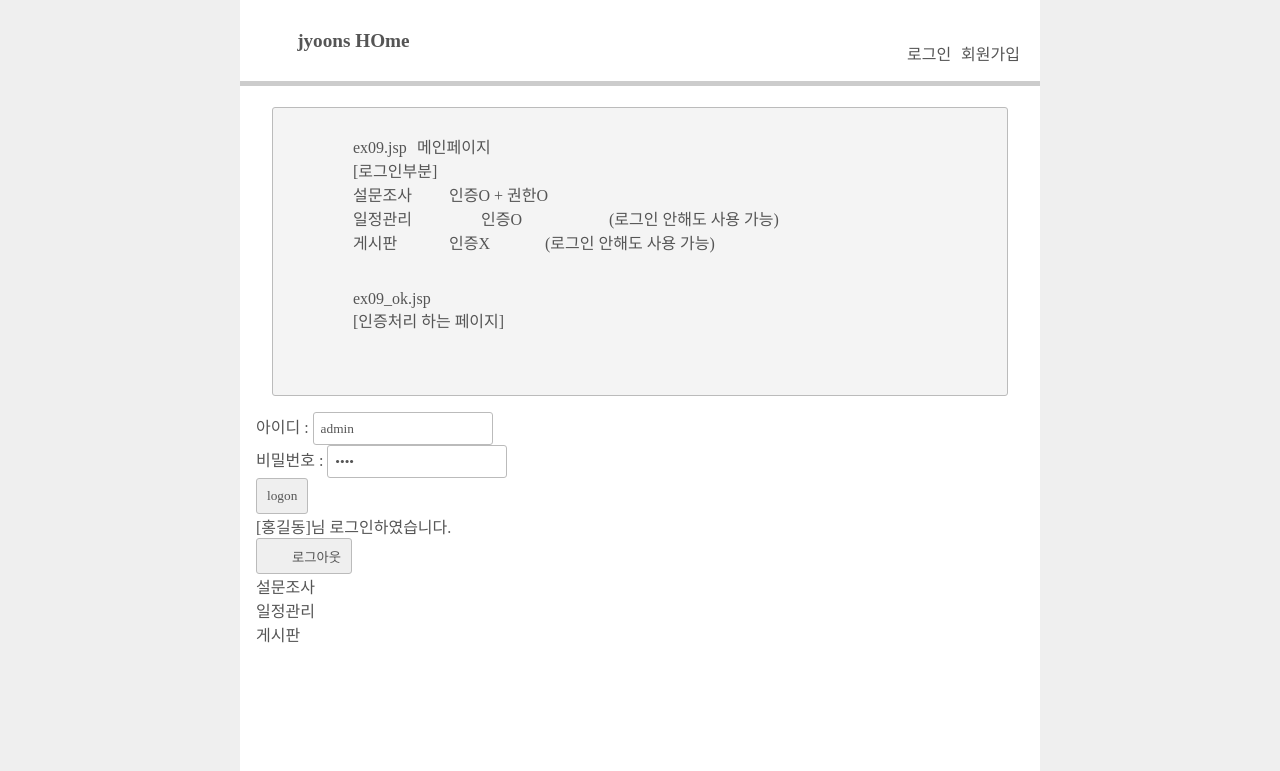
Repository: jyoons00/JSP-sample
Page: http://localhost/jspPro/days03/ex09.jsp
These files come from the project's save history. The page is drawn as it stood at one moment and after a run of saves; the edit follows.
The browser window is 1280 px wide. The pictures show the whole page.
Some web fonts or font styles are not loaded; a fallback is used. The page is served by Tomcat 9. Other server files are loaded and not shown.

Above is the page before, as saved 2024-10-17 07:26:20.

### jspPro/src/main/webapp/days03/ex09.jsp
<%@ page contentType="text/html; charset=UTF-8" pageEncoding="UTF-8"%>
<!DOCTYPE html>
<html>
  <head>
    <meta charset="UTF-8" />
    <title>Insert title here</title>
    <link
      rel="shortcut icon"
      type="image/x-icon"
      href="http://localhost/jspPro/images/SiSt.ico"
    />
    <script src="https://ajax.googleapis.com/ajax/libs/jquery/3.7.1/jquery.min.js"></script>
    <meta name="viewport" content="width=device-width, initial-scale=1.0" />
    <link
      rel="stylesheet"
      href="http://localhost/jspPro/resources/cdn-main/example.css"
    />
    <script src="http://localhost/jspPro/resources/cdn-main/example.js"></script>
    <style>
      span.material-symbols-outlined {
        vertical-align: text-bottom;
      }
    </style>
  </head>
  <body>
    <header>
      <h1 class="main">
        <a href="#" style="position: absolute; top: 30px">jyoons HOme</a>
      </h1>
      <ul>
        <li><a href="#">로그인</a></li>
        <li><a href="#">회원가입</a></li>
      </ul>
    </header>
    <div>
      <xmp class="code">
   		ex09.jsp	메인페이지
   		[로그인부분]
   		설문조사		인증O + 권한O
   		일정관리 		인증O			(로그인 안해도 사용 가능)
   		게시판 		인증X		(로그인 안해도 사용 가능)


   		ex09_ok.jsp
   		[인증처리 하는 페이지]


  	  </xmp>

		 <div id="logon">
		     <form action="ex09_ok.jsp" method="get">
		      아이디 : <input type="text"  name="id"  value="admin"><br>
		      비밀번호 : <input type="password"  name="passwd"  value="1234"><br>
		      <input type="submit"  value="logon">
		     </form>
		  </div>



    <div id="logout">
    	[홍길동]님 로그인하였습니다.<br>
    	<button>로그아웃</button>
    </div>

    <a href="#">설문조사</a><br>
    <a href="#">일정관리</a><br>

    <a href="#">게시판</a><br>

  </body>

  </div>

</html>

### jspPro/src/main/webapp/resources/cdn-main/example.css
@charset "UTF-8";

@import url('https://fonts.googleapis.com/css2?family=Material+Symbols+Outlined:opsz,wght,FILL,GRAD@20..48,100..700,0..1,-50..200');

@font-face {
    font-family: 'GmarketSansMedium';
    src: url('https://cdn.jsdelivr.net/gh/projectnoonnu/noonfonts_2001@1.1/GmarketSansMedium.woff') format('woff');
    font-weight: normal;
    font-style: normal;
}

:root {
	--text-color: #555;
	--sub-text-color: #777;
	--back-color: #EFEFEF;
	--header-color: #444;
	--primary-color: #DEDEDE;
	--secondary-color: #EFEFEF;
	--default-width: 800px;
	--narrow-width: 500px;
	--wide-width: 1200px;
	--text-font: 'GmarketSansMedium';
	--icon-font: 'Material Symbols Outlined';
	--border-color: #CCC;
}

html, body {
	margin: 0;
	padding: 0;
}

html {
	background-color: var(--back-color);
	display: flex;
	justify-content: center;
	min-height: 100vh;
}

body, body.default {
	width: var(--default-width);
	background-color: white;
	padding-bottom: 120px;
}

body.wide {
	width: var(--wide-width);
}

body.narrow {
	width: var(--narrow-width);
}



body, p, div, span, a, input, select, option, textarea, button, table, th, td, label, fieldset, legend {
	font-family: var(--text-font);
	color: var(--text-color);
}

h1, h2, h3 {
	font-family: var(--text-font);
	color: var(--header-color);
	padding: 0 1rem;
	padding-top: .5rem;
}

div > h1, div > h2, div > h3 {
	padding: 0;
}

body > div, body > main > div {
	padding: 0.3rem 1rem;
}


h1 { font-size: 2rem; border-bottom: 1px solid var(--border-color); }
h1 small { font-size: 1.2rem; color: var(--sub-text-color); }
h2 { font-size: 1.5rem; border-bottom: 1px dashed var(--border-color); }
h2 small { font-size: 1.1rem; color: --sub-text-color; }
h3 { font-size: 1.2rem; }
h3 small { font-size: 1rem; color: --sub-text-color; }



h1.main::before {
	font-family: var(--icon-font);
  	content: '\e666';
  	margin-right: 10px;
  	float: left;
	font-size: 2.5rem;
}

h1.sub::before {
	font-family: var(--icon-font);
  	content: '\ea19';
  	margin-right: 10px;
  	float: left;
	font-size: 2.5rem;
}


h1.page::before {
	font-family: var(--icon-font);
  	content: '\e0e0';
  	margin-right: 10px;
  	float: left;
	font-size: 2.5rem;
}

body > header > ul > li > .active{
	background-color: #FFF;
	color:#F00;
}

body > header {
	display: flex;
	justify-content: space-between;
	border-bottom: 5px solid var(--border-color);
	min-height: 74px;
	background-color: #FFF;
}

body > header.sticky {
	position: sticky;
	top: 0;
	z-index: 98;
}

body > header > h1 {
	font-size: 1.2rem;
	border: 0;
}

body > header.in > h1::before {
	font-family: var(--icon-font);
  	content: '\e332‥';
  	margin-right: 3px;
  	float: left;
	font-size: 2rem;
}


body > header > ul {
	list-style-type: none;
	display: flex;
	align-items: flex-end;
	margin-right: 10px;
}

body > header > ul > li {
	margin-right: 10px;
	cursor: pointer;
}

body > header > ul > li > a {
	cursor: pointer;
}


form {
	display: block;
}

form > div {
	padding: 0.3rem 1rem;
}

div > form > div {
	padding: 0.3rem 0;
}

input, textarea, button, select {
	border: 1px solid #BBB;
	border-radius: 3px;
	outline: none;
	resize: none;
	padding: 7px;
	margin: 0;
}

input[type=text]:read-only, textarea:read-only {
	cursor: not-allowed;
	background-color: #FFF;
}

input[type=text]:disabled, textarea:disabled {
	cursor: not-allowed;
	background-color: #EEE;
}

input[type=text], input[type=password], textarea, button, select {
	/* width: 300px; */
}

textarea {
	display: block;
	height: 100px;
}

input[type=button], input[type=submit], button {
	/* width: inherit; */
}

input.short, textarea.short, button.short, select.short {
	width: 100px;
}

input.long, textarea.long, button.long, select.long {
	width: 350px;
}

.narrow input.long, .narrow textarea.long, .narrow button.long, .narrow select.long {
	width: calc(100% - 20px);
}

input.full, textarea.full, button.full, select.full {
	width: calc(100% - 20px);
}

textarea.short {
	height: 50px;
}

textarea.long {
	height: 100px;
}

textarea.full {
	height: 200px;
}

input, textarea {
	padding-top: 8px;
}

input[type=button], input[type=submit], button {
	padding: 5px 10px;
	background-color: var(--secondary-color);
	cursor: pointer;
	min-height: 36px;
}

input[type=button].primary, input[type=submit].primary, button.primary {
	/* background-color: rgba(100, 149, 237, .2); */
	background-color: var(--primary-color);
}

input[type=button].primary:hover, input[type=submit].primary:hover, button.primary:hover {
	/* background-color: rgba(100, 149, 237, .3); */
	background-color: var(--secondary-color);
}

input[type=button]:hover, input[type=submit]:hover, button:hover {
	background-color: var(--primary-color);
}

button {
	position: relative;
	left: 0;
	top: 0;
	padding-left: 35px;
}

button .material-symbols-outlined {
	position: absolute;
	left: 10px;
	top: 4px;
}

/* k2nik add */
button.login::before {
	font-family: var(--icon-font);
  	content: '\ea77';
	position: absolute;
	left: 11px;
	top: 4px;
	font-size: 1.25rem;
}

/* k2nik logout */
button.logout::before {
	font-family: var(--icon-font);
  	content: '\e9ba';
	position: absolute;
	left: 11px;
	top: 4px;
	font-size: 1.25rem;
}

/* k2nik help */
button.help::before {
	font-family: var(--icon-font);
  	content: '\f1c0';
	position: absolute;
	left: 11px;
	top: 4px;
	font-size: 1.25rem;
}

button.add::before{
	font-family: var(--icon-font);
  	content: '\e746';
	position: absolute;
	left: 11px;
	top: 4px;
	font-size: 1.25rem;
}

button.back::before {
	font-family: var(--icon-font);
  	content: '\e166';
	position: absolute;
	left: 11px;
	top: 4px;
	font-size: 1.25rem;
}

button.list::before {
	font-family: var(--icon-font);
  	content: '\e0ee';
	position: absolute;
	left: 11px;
	top: 4px;
	font-size: 1.25rem;
}


button.del::before {
	font-family: var(--icon-font);
  	content: '\e872';
	position: absolute;
	left: 11px;
	top: 4px;
	font-size: 1.25rem;
}


button.edit::before {
	font-family: var(--icon-font);
  	content: '\e745';
	position: absolute;
	left: 11px;
	top: 4px;
	font-size: 1.25rem;
}


button.login::before {
	font-family: var(--icon-font);
  	content: '\ea77';
	position: absolute;
	left: 11px;
	top: 4px;
	font-size: 1.25rem;
}


button.logout::before {
	font-family: var(--icon-font);
  	content: '\e9ba';
	position: absolute;
	left: 11px;
	top: 4px;
	font-size: 1.25rem;
}


button.in::before {
	font-family: var(--icon-font);
  	content: '\f71a';
	position: absolute;
	left: 11px;
	top: 4px;
	font-size: 1.25rem;
}


button.out::before {
	font-family: var(--icon-font);
  	content: '\f70e';
	position: absolute;
	left: 11px;
	top: 4px;
	font-size: 1.25rem;
}


button.reply::before {
	font-family: var(--icon-font);
  	content: '\e15e';
	position: absolute;
	left: 11px;
	top: 4px;
	font-size: 1.25rem;
}


button.comment::before {
	font-family: var(--icon-font);
  	content: '\e0b9';
	position: absolute;
	left: 11px;
	top: 4px;
	font-size: 1.25rem;
}


button.modal::before {
	font-family: var(--icon-font);
  	content: '\e89e';
	position: absolute;
	left: 11px;
	top: 4px;
	font-size: 1.25rem;
}


button.ok::before {
	font-family: var(--icon-font);
  	content: '\e86c';
	position: absolute;
	left: 11px;
	top: 4px;
	font-size: 1.25rem;
}


button.cancel::before {
	font-family: var(--icon-font);
  	content: '\e5c9';
	position: absolute;
	left: 11px;
	top: 4px;
	font-size: 1.25rem;
}

button.search::before {
	font-family: var(--icon-font);
  	content: '\e8b6';
	position: absolute;
	left: 11px;
	top: 4px;
	font-size: 1.25rem;
}

button.home::before {
	font-family: var(--icon-font);
  	content: '\e88a';
	position: absolute;
	left: 11px;
	top: 4px;
	font-size: 1.25rem;
}


button.sidebar::before {
	font-family: var(--icon-font);
  	content: '\f7e4';
	position: absolute;
	left: 11px;
	top: 4px;
	font-size: 1.25rem;
}


button.sidebar-right::before {
	font-family: var(--icon-font);
  	content: '\f7e5';
	position: absolute;
	left: 11px;
	top: 4px;
	font-size: 1.25rem;
}




button::before {
	font-family: var(--icon-font);
  	content: '\e323';
	position: absolute;
	left: 11px;
	top: 4px;
	font-size: 1.25rem;
}


table {
	border-collapse: collapse;
	margin: 1rem;
	box-sizing: border-box;
	width: calc(100% - 32px);
}

table.content {
	width: auto;
}

div > table {
	margin: 0;
}

table th, table td {
	border: 1px solid var(--border-color);
	padding: 7px;
	font-weight: normal;
}

table th {
	background-color: var(--back-color);
}

table.vertical th {
	width: 150px;
}

table.vertical td {
	width: calc(100% - 182px);
	padding-left: 10px;
}

table.content td, table.content th {
	width: auto;
}

body.narrow table.vertical th {
	width: 100px;
}

body.narrow table.vertical td {
	width: calc(100% - 182px);
}


table + table {
	margin-top: 30px;
}


p {
	padding: 0 1rem;
}

a {
	text-decoration: none;
}

a:hover {
	color: rgba(255, 99, 71, .7);
}

hr {
	border: 0;
	border-top: 1px solid var(--border-color);
	margin: 2rem 0;
}

.message {
	border: 1px solid var(--border-color);
	background-color: #EFEFEF;
	margin: 1rem;
	width: auto;
	padding-top: 10px;
	padding-bottom: 10px;
	font-size: 14px;
}

.message[title]::before {
	content: attr(title);
	display: block;
	border-bottom: 1px solid var(--border-color);
	padding-bottom: 5px;
	margin-bottom: 10px;
	margin-top: 7px;
}

.message.short {
	max-width: 250px;
}

.message.long {
	max-width: 500px;
}

.badge {
	float: right;
	font-size: .8rem;
	margin-top: 2px;
	margin-right: 2px;
	text-shadow: 0 0 7px gray;
}

.badge.left {
	float: none;
	margin-left: 2px;
}

.badge.right {
	float: right;
}

.badge.red {
	border-radius: 50%;
	padding: 2px 5px;
	background-color: rgb(255, 99, 71, .3);
}

.badge.yellow {

	border-radius: 50%;
	padding: 2px 5px;
	background-color: rgb(255, 215, 0, .5);
}

.badge.blue {
	border-radius: 50%;
	padding: 2px 5px;
	background-color: rgb(100, 149, 237, .3);
}

label + label {
	margin-left: 7px;
}

label input[type=checkbox], label input[type=radio] {
	transform: translate(0, 1px);
}

.group {
	display: flex;
}

.modal-content .group {
	margin-bottom: .5rem;
}

.group label {
	border: 1px solid #BBB;
	border-radius: 3px;
	outline: none;
	resize: none;
	padding: 7px 14px;
	margin: 0;
	border-top-right-radius: 0;
	border-bottom-right-radius: 0;
	background-color: #EFEFEF;
	white-space: nowrap;
	font-size: 14px;
}

.group input[type=text] {
	margin-left: -1px;
	border-top-left-radius: 0;
	border-bottom-left-radius: 0;
}

.group select {
	margin-left: -1px;
	border-top-left-radius: 0;
	border-bottom-left-radius: 0;
}

.group input.full[type=text] {
	margin-left: -1px;
	border-top-left-radius: 0;
	border-bottom-left-radius: 0;
	width: 100%;
}

.group input[type=button]:first-child, .group button:first-child {
	border-top-left-radius: 3px;
	border-bottom-left-radius: 3px;
	margin-left: 0px;
}

.group input[type=button], .group button {
	border-radius: 0;
	margin-left: -1px;
}

.group input[type=button]:last-child, .group button:last-child {
	margin-left: -1px;
	border-top-right-radius: 3px;
	border-bottom-right-radius: 3px;
}

.seperate {
	display: flex;
	justify-content: space-between;
}

div.list {
	width: max-content;
	margin: 1rem;
	border: 1px solid #BBB;
	border-radius: 3px;
	padding: 0;
}

div.list.full {
	width: auto;
	display: block;
	margin: 1rem;
	border: 1px solid #BBB;
	border-radius: 3px;
	padding: 0;
}

div.list > div {
	padding: .5rem 1rem;
	margin: 0;
	border-bottom: 1px solid #BBB;
}

div.list > div:last-child {
	border-bottom: 0;
}

pre.code , xmp.code{
	font-family: consols;
	background-color: rgba(150, 150, 150, .1);
	border: 1px solid #BBB;
	border-radius: 3px;
	padding: .5rem 1rem;
	padding-bottom: .6rem;
	margin: 1rem;
}




*[data-modal-window] {
	position: fixed;
	background-color: rgba(0, 0, 0, .3);
	left: 0;
	top: 0;
	display: none;
	justify-content: center;
	align-items: flex-start;
	width: 100%;
	min-height: 100vh;
	z-index: 100;
	opacity: 0;
	transition: 500ms all;
}

*[data-modal-window] .modal-container {
	border-radius: 5px;
	padding: 1rem;
	padding-bottom: .5rem;
	margin-top: -500px;
	opacity: 0;
	width: 500px;
	background-color: #FFF;
	margin-right: 2rem;
	transition: 500ms all;
}

*[data-modal-size=content] .modal-container {
	width: auto;
}

*[data-modal-size=narrow] .modal-container {
	width: 300px;
}

*[data-modal-size=wide] .modal-container {
	width: 760px;
}


*[data-modal-window] .modal-header {
	border-bottom: 1px solid var(--border-color);
	padding: 2px 5px;
}

*[data-modal-window] .modal-content {
	padding: 1rem 5px;
}

*[data-modal-window] .modal-content div:last-child {
	margin-top: 1rem;
	text-align: right;
}



*[data-sidebar-window] {
	position: fixed;
	background-color: #FFF;
	left: 0;
	top: 0;
	display: block;
	width: 300px;
	border-right: 1px solid var(--border-color);
	box-sizing: border-box;
	box-shadow: 0 0 3px var(--back-color);
	min-height: 100vh;
	z-index: 99;
	transform: translate(-300px, 0);
	transition-duration: 500ms;
	transition-property: transform;
}

*[data-sidebar-direction=right] {
	left: auto;
	right: 0;
	transform: translate(300px, 0);
	border-left: 1px solid var(--border-color);
}

*[data-sidebar-size=wide] {
	width: 500px;
	transform: translate(-500px, 0);
}

*[data-sidebar-window] .sidebar-title {
	border-bottom: 1px solid var(--border-color);
	margin-top: 20px;
	margin-bottom: 20px;
	padding-bottom: 5px;
	display: flex;
	justify-content: space-between;
}

*[data-sidebar-window] .sidebar-title span:last-child {
	cursor: pointer;
}


/* K2Nik pagination */
.center {
  text-align: center;
}

.pagination {
  display: inline-block;
}

.pagination a {
  color: black;
  float: left;
  padding: 3px 6px;
  text-decoration: none;
  transition: background-color .3s;
  border: 1px solid #ddd;
  margin: 0 3px;
}

.pagination a.active {
  background-color: #4CAF50;
  color: white;
  border: 1px solid #4CAF50;
}

.pagination a:hover:not(.active) {background-color: #ddd;}

### jspPro/src/main/webapp/resources/cdn-main/example.js

window.onload = () => {

    const list = document.querySelectorAll('input, textarea');

    list.forEach(item => {
        item.setAttribute('autocomplete', 'off');
    });


    const modal_btn_list = document.querySelectorAll('*[data-modal-button]');

    modal_btn_list.forEach(item => {
        item.onclick = function() {

            const name = this.dataset['modalButton'];
            const modal_window = document.querySelector('*[data-modal-window=' + name);

            const container = document.createElement('div');
            container.className = 'modal-container';



            const modal_header = document.createElement('div');
            modal_header.textContent = modal_window.dataset['modalTitle'];
            modal_header.className = 'modal-header';
            container.appendChild(modal_header);

            const modal_content = document.createElement('div');
            modal_content.className = 'modal-content';
            container.appendChild(modal_content);

            Array.from(modal_window.childNodes).forEach(item => {
                modal_content.appendChild(item);
            });

            modal_window.appendChild(container);

            modal_window.style.display = 'flex';

            setTimeout(() => {
                modal_window.style.opacity = 1;
                container.style.marginTop = '20px';
                container.style.opacity = 1;
            }, 50);


            const modal_ok = document.querySelector('*[data-modal-ok=' + name);
            modal_ok.addEventListener('click', function() {
                modal_window.style.opacity = 0;
                container.style.marginTop = '-500px';
                container.style.opacity = 0;

                setTimeout(() => {
                    modal_window.innerHTML = modal_content.innerHTML;
                    modal_window.style.display = 'none';
                }, 500);

            });

            const modal_cancel = document.querySelector('*[data-modal-cancel=' + name);
            modal_cancel.addEventListener('click', function() {

                modal_window.style.opacity = 0;
                container.style.marginTop = '-500px';
                container.style.opacity = 0;

                setTimeout(() => {
                    modal_window.innerHTML = modal_content.innerHTML;
                    modal_window.style.display = 'none';
                }, 500);
            });


        };
    });


    const sidebar_btn_list = document.querySelectorAll('*[data-sidebar-button]');

    sidebar_btn_list.forEach(item => {
        item.onclick = function() {



            const name = this.dataset['sidebarButton'];
            const sidebar_window = document.querySelector('*[data-sidebar-window=' + name);

            if (sidebar_window.style.transform == 'translate(0px, 0px)') return;



            sidebar_window.style.transform = 'translate(0, 0)';

            const sidebar_title = document.createElement('div');
            sidebar_title.className = 'sidebar-title';
            sidebar_title.innerHTML = '<span>' + sidebar_window.dataset['sidebarTitle'] + '</span><span class="material-symbols-outlined">close</span>';

            sidebar_title.children[1].onclick = function() {

                let sign = 1;
                let distance = 300;

                if (sidebar_window.dataset['sidebarDirection'] != 'right') {
                    sign = -1;
                } else {
                    sign = 1;
                }

                if (sidebar_window.dataset['sidebarSize'] != 'wide') {
                    distance = 300;
                } else {
                    distance = 500;
                }

                distance *= sign;

                sidebar_window.style.transform = 'translate(' + distance + 'px, 0)';

                setTimeout(function() {
                    sidebar_window.removeChild(sidebar_window.children[0]);
                }, 500);
            };


            sidebar_window.prepend(sidebar_title);

        }
    });

};

// window.onkeydown = function(event) {

//     if (event.keyCode == 27) {
//         if (document.querySelector('[data-modal-window').style.display == 'flex') {
//             document.querySelector('[data-modal-window').style.display = 'none';
//         }
//     }

// };

After the next 4 saves:
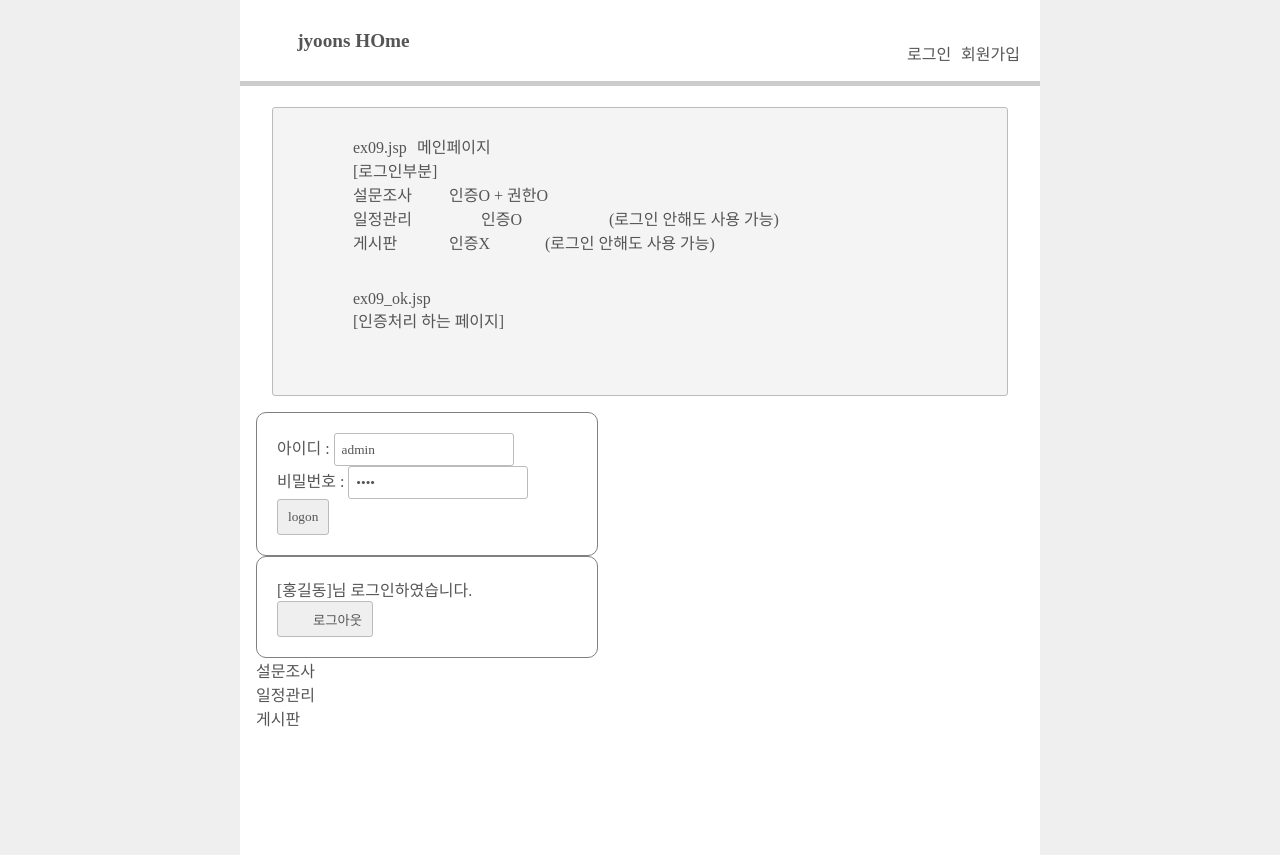
The 4 saves are shown as one change because they came seconds apart.
The last was saved 15 s later.
--- a/jspPro/src/main/webapp/days03/ex09.jsp
+++ b/jspPro/src/main/webapp/days03/ex09.jsp
@@ -21,6 +21,14 @@
         vertical-align: text-bottom;
       }
     </style>
+    <style>
+  #logon, #logout{
+    border:1px solid gray;
+    width:300px;
+    padding:20px;
+    border-radius: 10px;
+  }
+</style>
   </head>
   <body>
     <header>
